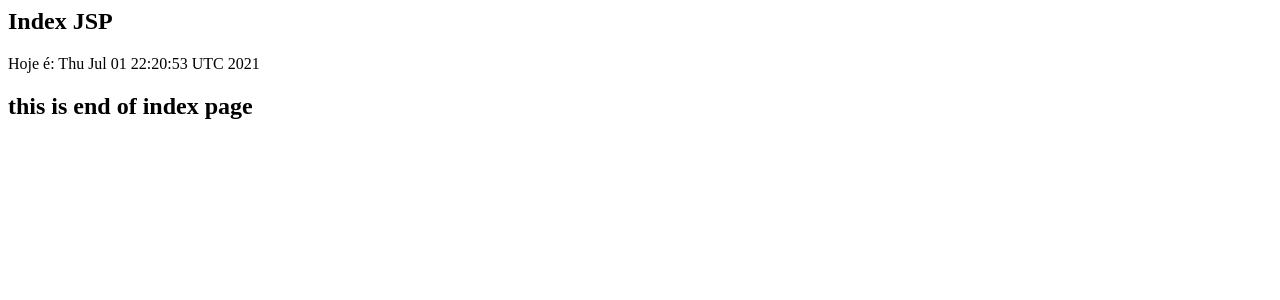
Repository: diegosena7/EstudosJSP
Page: http://localhost/UsandoTagInclude_JSP/
The author's editor kept a copy of each file at every save. The page is drawn from the files as they stood at one save, then again after the next save.
The browser window is 1280 px wide. The pictures show the whole page.
The page is served by Tomcat 9.

Above is the page before, as saved 2021-07-02 16:01:11.

After the next save:
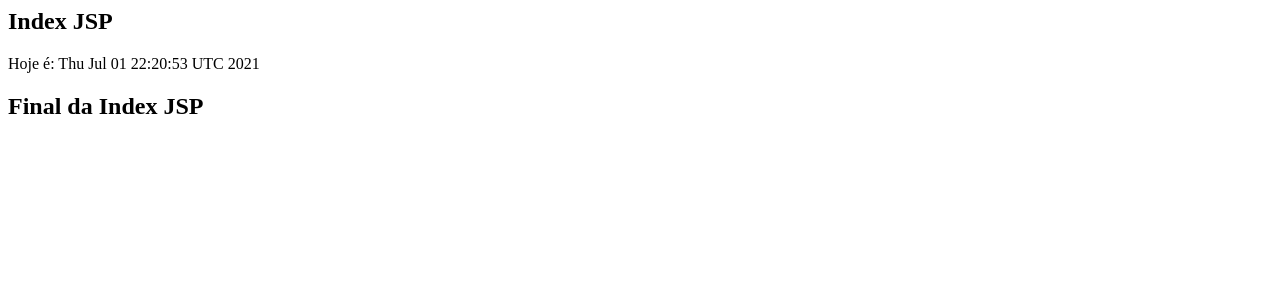
Saved 22 s later.
--- a/UsandoTagInclude_JSP/WebContent/index.jsp
+++ b/UsandoTagInclude_JSP/WebContent/index.jsp
@@ -3,7 +3,8 @@
 <h2>Index JSP</h2>
 
 <jsp:include page="printdate.jsp" />
-<h2>this is end of index page</h2>
+
+<h2>Final da Index JSP</h2>
 
 </body>
 </html>
